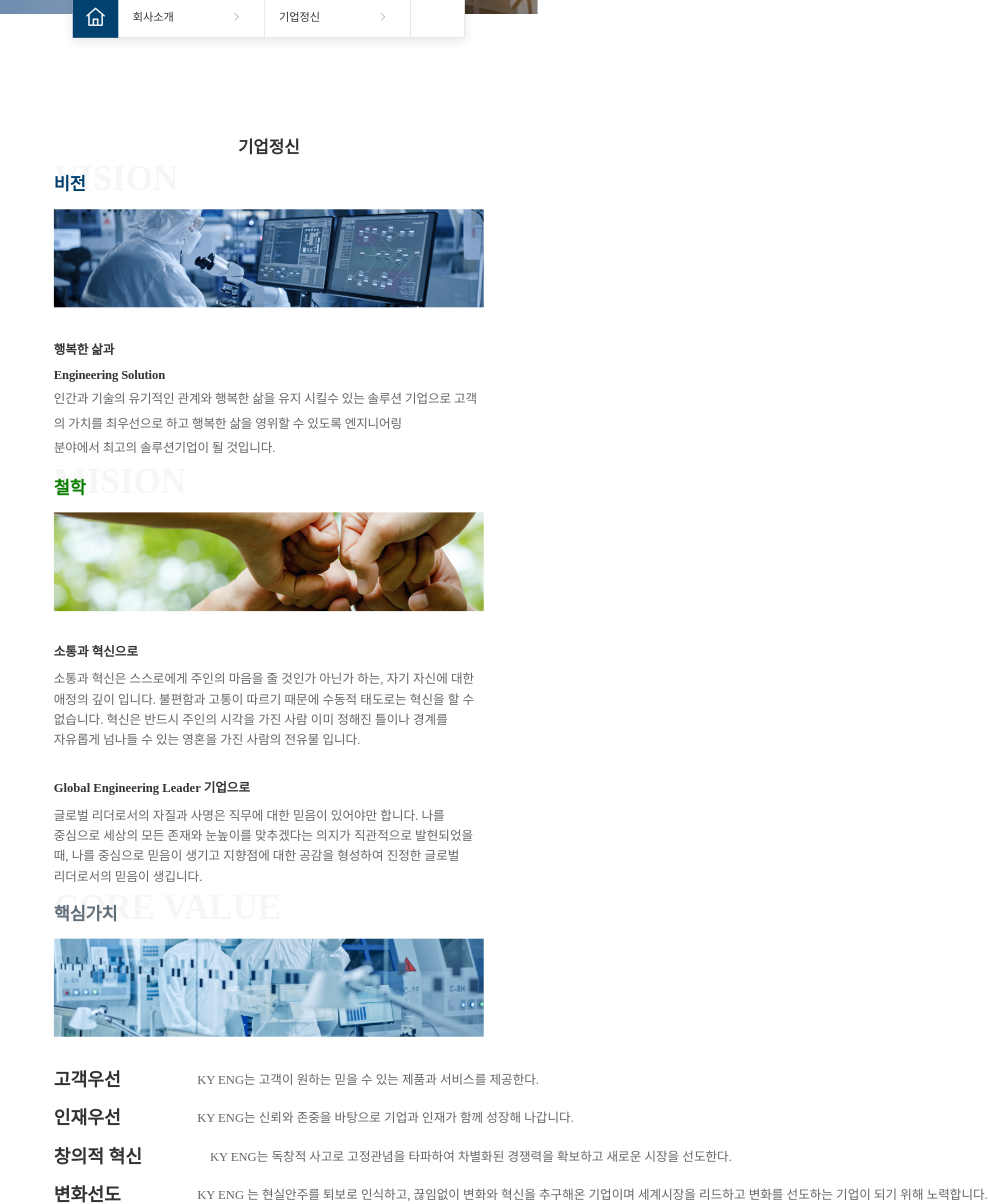
Repository: wogml3270/kumyoungENG
Page: sub/about/about_company.html
These files come from the project's save history. The page is drawn as it stood at one moment and after the next save; the edit follows.
The browser window is 768 px wide. The page is 1411 px wide, so the pictures cover 1411 px, including what lies to the right of the window. The pictures show the part of the page from y = 480 to 2200 px (the page is 2605 px tall before and 2965 px after), at 70% of full size.
Some web fonts or font styles are not loaded; a fallback is used.

Above is the page before, as saved 2022-07-25 13:08:48.

### sub/about/about_company.html
<!DOCTYPE html>
<html lang="ko">
    <head>
        <meta charset="UTF-8" />
        <meta http-equiv="X-UA-Compatible" content="ie=edge" />
        <meta name="viewport" content="width=device-width, initial-scale=1.0" />
        <link rel="stylesheet" href="./../css/reset.css" />
        <link rel="stylesheet" href="./../css/about_company.css" />
        <link rel="stylesheet" href="./../css/about_banner.css">
        <link rel="stylesheet" href="./../css/snb_bar.css">
        <link rel="stylesheet" href="../../css/header.css">
        <link rel="stylesheet" href="../../css/footer.css">
        <link rel="stylesheet" href="/css/media.css">
        <script src="https://ajax.googleapis.com/ajax/libs/jquery/3.5.1/jquery.min.js"></script>
        <script src="http://ajax.aspnetcdn.com/ajax/jQuery/jquery-1.12.4.min.js"></script>
        <script src="https://code.jquery.com/jquery-1.12.4.min.js"></script>
        <script src="../../js/script.js"></script>
        <script src="../../js/snb_bar.js"></script>
        <title>회사소개_기업정신</title>
    </head>
    <body>
        <div id="header"></div>
        <div id="wrap">
            <div class="about-banner">
                <p>KUM YOUNG ENG</p>
                <span></span>
                <h3>회사소개</h3>
                <!-- <img src="./../images/company-banner-image.png" alt="배너 이미지"> -->
            </div>

            <div class="snb">
                <a href="./../index.html">homeimg</a>

                    <ul class="snb_box">
                        <li><a href="">회사소개<img src="./../images/Vector 1.png" alt=""></a></li>
                        <li>
                            <a href="/sub/about/about_company.html">기업정신<img src="./../images/Vector 1.png" alt=""></a>
                            <ol class="lnb">
                                <li><a href="/sub/about/about_greeting.html">인사말</a></li>
                                <!-- <li><a href="/sub/about/about_company.html">기업정신</a></li> -->
                                <li><a href="/sub/about/about_management.html">경영이념</a></li>
                                <li><a href="">ESG경영</a></li>
                                <li><a href="/sub/about/about_history.html">연혁</a></li>
                                <li><a href="/sub/about/about_org.html">조직도</a></li>
                                <li><a href="/sub/about/about_branch.html">지사/해외법인</a></li>
                                <li><a href="/sub/about/about_wayto.html">오시는길</a></li>
                            </ol>
                        </li>
                    </ul>
              </div>

            <section id="mind">
                <h2>기업정신</h2>

                <article class="vision">
                    <h3>VISION</h3>
                    <h4>비전</h4>

                    <img src="./../images/vision-image.png" alt="행복한 삶과 Engineering Solution">


                    <div class="firsttx">
                        <p>
                            행복한 삶과 <br />
                            Engineering Solution
                        </p>

                        <p>
                            인간과 기술의 유기적인 관계와 행복한 삶을 유지 시킬수 있는 솔루션 기업으로
                            고객의 가치를 최우선으로 하고 행복한 삶을 영위할 수 있도록 엔지니어링 <br />
                            분야에서 최고의 솔루션기업이 될 것입니다.
                        </p>
                    </div>
                </article>

                <article class="mission">
                    <h3>MISION</h3>
                    <h4>철학</h4>
                    <img src="./../images/mission-image.png" alt="소통과 혁신으로 Global Engineering Leader 기업으로">

                    <div class="secondtx">
                        <div>
                            <p>
                                소통과 <br />
                                혁신으로
                            </p>

                            <p>
                                소통과 혁신은 스스로에게 주인의 마음을 줄 것인가 아닌가 하는, 자기 자신에 대한 애정의 깊이 입니다.
                                불편함과 고통이 따르기 때문에 수동적 태도로는 <br />
                                혁신을 할 수 없습니다. 혁신은 반드시 주인의 시각을 가진 사람 이미 정해진 틀이나
                                경계를 자유롭게 넘나들 수 있는 영혼을 가진 사람의 전유물 입니다.
                            </p>
                        </div>

                        <div>
                            <p>
                                Global Engineering <br />
                                Leader 기업으로
                            </p>

                            <p>
                                글로벌 리더로서의 자질과 사명은 직무에 대한 믿음이 있어야만 합니다.
                                나를 중심으로 세상의 모든 존재와 눈높이를 맞추겠다는 의지가 <br />
                                직관적으로 발현되었을 때, 나를 중심으로 믿음이 생기고 지향점에 대한 공감을 형성하여
                                진정한 글로벌 리더로서의 믿음이 생깁니다.
                            </p>
                        </div>
                    </div>
                </article>

                <article class="core_value">
                    <h3>CORE VALUE</h3>
                    <h4>핵심가치</h4>

                    <img src="./../images/value-image.png" alt="핵심가치">
                    <div class="thirdtx">
                        <dl>
                            <dt>고객우선</dt>
                            <dd>KY ENG는 고객이 원하는 믿을 수 있는 제품과 서비스를 제공한다.</dd>
                        </dl>
                        <dl>
                            <dt>인재우선</dt>
                            <dd>KY ENG는 신뢰와 존중을 바탕으로 기업과 인재가 함께 성장해 나갑니다.</dd>
                        </dl>
                        <dl>
                            <dt>창의적 혁신</dt>
                            <dd>KY ENG는 독창적 사고로 고정관념을 타파하여 차별화된 경쟁력을 확보하고 새로운 시장을 선도한다.</dd>
                        </dl>
                        <dl>
                            <dt>변화선도</dt>
                            <dd>KY ENG 는 현실안주를 퇴보로 인식하고, 끊임없이 변화와 혁신을 추구해온 기업이며 세계시장을 리드하고 변화를 선도하는 기업이 되기 위해 노력합니다.</dd>
                        </dl>
                    </div>

                </article>
            </section>
        </div>
        <div id="footer"></div>
    </body>
</html>

### sub/css/reset.css
@charset "UTF-8";

* {
    margin: 0;
    padding: 0;
  }

  body,
  html {
    width: 100%;
    height: 100%;
    font-family: "Pretendard";
  }

  ul,
  li {
    list-style: none;
    text-decoration: none;
  }

  a:link,
  a:visited,
  a:hover,
  a:active {
    color: #fff;
    text-decoration: none;
  }

### sub/css/about_company.css
@charset "utf-8";

@import url("https://cdn.jsdelivr.net/gh/orioncactus/pretendard@v1.3.4/dist/web/static/pretendard.css");

#wrap > img {
  width: 100%;
  height: auto;
}

#mind {
  width: 100%;
  padding-top: 110px;
}

#mind > h2 {
  color: #333;
  font-size: 24px;
  font-weight: 600;
  text-align: center;
}

article {
  width: 72.916%;
  margin-left: 13.5416%;
  margin-top: 120px;
}

article > h3 {
  color: #f6f6f6;
  font-size: 80px;
  font-weight: 800;
}

article > h4 {
  font-size: 36px;
  font-weight: 600;
  letter-spacing: -0.01em;
  position: relative;
  top: -40px;
}

article > img {
  width: 100%;
  margin-top: -20px;
}

article > div > p {
  /* word-break: keep-all; */
}

.vision > h4 {
  color: #004170;
}

.firsttx {
  display: flex;
  flex-flow: row nowrap;
  justify-content: space-between;
  margin-top: 40px;
}
.firsttx > p {
  line-height: 35px;
  letter-spacing: -0.01em;
}
.firsttx > p:nth-child(1) {
  color: #333;
  font-size: 26px;
  font-weight: 600;
  margin-right: 10px;
}
.firsttx > p:nth-child(2) {
  color: #666;
  font-weight: 400;
  font-size: 18px;
}

.mission > h4 {
  color: #0B7E00;
}
.secondtx > div {
  display: flex;
  flex-flow: row nowrap;
  justify-content: flex-start;
  margin-top: 40px;
  line-height: 35px;
}

.secondtx > div > p {
  word-break: keep-all;
  /* width: 223px; */
}

.secondtx > div:nth-child(1) > p:nth-child(1){
  /* width: 90px; */
  margin-right: 249px;
}
.secondtx > div:nth-child(2) > p:nth-child(1){
  /* width: 90px; */
  margin-right: 116px;
}


.secondtx > div:nth-child(1) > p:nth-child(2) {
  /* margin-left: 17.785%; */
  /* margin-left: 12.96875%; */
}
.secondtx > div:nth-child(2) > p:nth-child(2) {
  /* margin-left: 8.286%; */
  /* margin-left: 6.0416%; */
}
.secondtx > div > p:nth-child(1){
  color: #333;
  font-size: 26px;
  font-weight: 600;
}
.secondtx > div > p:nth-child(2){
  color: #666;
  font-size: 18px;
  font-weight: 400;
}

.core_value > h4 {
  color: #606E79;
}

.thirdtx {
  margin-top: 40px;
}

.thirdtx > dl {
  display: flex;
  flex-flow: row nowrap;
  justify-content: flex-start;
  margin-bottom: 20px;
}

.thirdtx > dl:last-child {
  margin-bottom: initial;
}

.thirdtx > dl > dt {
  color: #333;
  font-size: 26px;
  font-weight: 600;
  line-height: 35px;
  white-space: nowrap;
}

.thirdtx > dl > dd {
  color: #666;
  font-size: 18px;
  font-weight: 400;
  line-height: 35px;
  margin-left: 17.7857%;
  white-space: nowrap;
}

.thirdtx > dl:nth-child(3) > dd {
  margin-left: 15.7857%;
}

@media screen and (max-width: 899px){
  #mind p{
    font-size: 18px;
  }
  article{
    width: 80%;
    margin: auto;
  }

  article > h3 {
    font-size: 50px;
  }

  article > h4 {
    font-size: 25px;
  }
  .firsttx{
      display: block;
  }
  .firsttx > p:nth-child(1) {
    font-size: 20px;
  }

  .firsttx > p:nth-child(2) {
    font-size: 16px;
  }

  .secondtx > div {
    display: block;
    line-height: 29px;
  }
  .secondtx > div:nth-child(1) > p:nth-child(1){
    margin-right: 0;
    margin-bottom: 10px;
  }

  .secondtx > div:nth-child(2){
    display: block;
  }

  .secondtx > div > p > br {
    display: none;
  }
  .secondtx > div > p:nth-child(1){
    font-size: 20px;
    margin-right: 0;
  }

  .secondtx > div:nth-child(2) > p:nth-child(1) {
    margin-bottom: 10px;
  }

  .secondtx > div > p:nth-child(2){
    word-break: keep-all;
    font-size: 16px;
  }
  .core_value{

  }

}

### sub/css/about_banner.css
@charset "UTF-8";

.about-banner{
    width: 100%;
    height: 500px;
    background: url(../../images/company-banner-image.png) no-repeat center center;
    background-size: cover;
    display: flex;
    flex-direction: column;
    align-items: center;
    justify-content: center;
  }
  .about-banner p{
    font-family: 'Pretendard';
    font-style: normal;
    font-weight: 400;
    font-size: 16px;
    line-height: 20px;
    text-align: center;
    letter-spacing: -0.01em;
    color: #FFFFFF;
  }
  .about-banner span{
    width: 40px;
    height: 1px;
    background: #FFFFFF;
    margin: 16px 0;
  }
  .about-banner h3{
    font-family: 'Pretendard';
    font-style: normal;
    font-weight: 700;
    font-size: 24px;
    line-height: 24px;
    text-align: center;
    letter-spacing: -0.01em;
    color: #FFFFFF;
  }

### sub/css/snb_bar.css
@charset "utf-8";

ul,li {
    list-style: none;
    text-decoration: none;
}

a:link,
a:visited,
a:hover,
a:active {
    color: #fff;
    text-decoration: none;
}

.snb {
    position: relative;
    top: -26px;
    width: 72.916%;
    height: 60px;
    margin: 0 auto;
    background-color: #fff;
    border: 1px solid #ddd;
    box-sizing: border-box;
    box-shadow: 0px 4px 15px rgba(0, 0, 0, 0.1);
    z-index: 1;
}

.snb > a {
    position: absolute;
    top: -1px;
    left: -1px;
    display: block;
    width: 65px;
    height: 60px;
    text-indent: -9999px;
    background-color: #004170;
    background-image: url(./../images/Group.png);
    background-position: center center;
    background-repeat: no-repeat;
}

.snb > a {
    display: block;
    width: 65px;
    height: 60px;
}

.snb_box {
    display: flex;
    flex-flow: row nowrap;
    /* margin-left: 20.5px; */
    margin-left: 64px;
    margin-top: 0;

}

.snb_box > li {
    position: relative;
    text-indent: 20.5px;
    /* text-indent: 30%; */
    width: 209px;
    height: 60px;
    line-height: 60px;
    border-right: 1px solid #ddd;
    box-sizing: border-box;
}

.snb_box > li > a {
    display: block;
    height: 60px;
    color: #333;
}

.snb_box > li > a > img {
    position: absolute;
    top: 22.5px;
    left: 80%;

}

.snb_box > li:last-child > a:hover > img {
    transform: rotate(90deg);
    transition: 0.3s;
}

.lnb {
    display: none;
    position: absolute;
    width: 100%;
    padding: 0;
    border: 1px solid #DDDDDD;
    border-top: none;
    background-color: #fff;
}

.lnb > li > a {
    color: #333;
    display: block;
}

.lnb > li > a:hover {
    background-color: #F5F5F5;
}

### css/footer.css
@charset "utf-8";

@import url("https://cdn.jsdelivr.net/gh/orioncactus/pretendard@v1.3.4/dist/web/static/pretendard.css");

body {
    margin: 0 auto;
    padding: 0;
}

footer {
    position: relative;
    width: 100%;
    height: 132px;
    font-family: 'Pretendard';
    font-size: 14px;
    font-weight: 400;
    background-color: #122B42;
    display: flex;
    align-items: center;
    justify-content: space-between;
    margin-top: 150px;
}

footer > address {
    color: #CECED5;
    line-height: 30px;
    font-style: normal;
    letter-spacing: -0.01em;
    margin-left: 13.663%;
}

footer > .footer-right{
    display: flex;
    flex-direction: column;
    align-items: flex-end;
    margin-right: 13.663%;
}
footer > .footer-right .logo {
    margin-bottom: 16px;
    display: block;
}

footer > .footer-right span {
    color: #CECED5;
}

### css/media.css
@charset "utf-8";

@media only screen and (min-width: 899px){
    .header_gnb_mobile{
        position: absolute;
        top: -9999px;
    }
}
    /* 모바일 가로, 타블렛 세로 */
@media only screen and (max-width: 899px) {

    /* header */
    .header{
        height: 120px;
        flex-direction: column;
    }
    .header > a{
        margin: 27px 10px 0 10px;
        z-index: 9999;
    }
    .header > a > img{
        width: 120px;
    }
    .header_gnb{
        display: none;
    }
    .header > .right{
        margin-right: 0;
        width: 100%;
    }
    .header > .right > .lang{
        position: absolute;
        top: 30px;
        left: 20px;
    }
    .header > .right > .lang > a{
        font-size: 11px;
    }
    .header_gnb_mobile{
        padding-top: 80px;
        width: 100%;
        background: #ffffff;
        position: absolute;
        top: 0;
    }
    .header_gnb_mobile > li{
        padding: 15px 20px;
        cursor: pointer;
        border-bottom: 1px solid #cccccc;
        position: relative;
    }
    .header_gnb_mobile > li::before{
        content: ">";
        position: absolute;
        right: 25px;
        font-family: 'Pretendard';
        font-style: normal;
        font-weight: 400;
        font-size: 20px;
        color: #9c9c9c;
        transform: rotate(90deg);
        transition: 0.3s;
    }
    .header_gnb_mobile > li > a{
        color: #333333;
        font-family: 'Pretendard';
        font-style: normal;
        font-weight: 400;
    }
    .header_gnb_mobile_toggle{
        display: block;
        z-index: 9999;
    }
    .header_gnb_mobile > li > ul > li{
        margin-left: 20px;
        margin-top: 5px;
    }
    .header_gnb_mobile > li > ul > li > a{
        position: relative;
        font-family: 'Pretendard';
        font-style: normal;
        font-weight: 400;
        font-size: 13px;
        line-height: 18px;
        letter-spacing: -0.01em;
        color: #5B5D7E;
    }
    .header_gnb_mobile > li > ul > li > a::before{
        content: "";
        background: #333333;
        width: 3px;
        height: 3px;
        border-radius: 50%;
        position: absolute;
        left: -11px;
        top: 6px;
    }

    /* main */
    .main_slide > ul > li{
        padding: 0;
        width: 25%;
        text-align: center;
    }
    .tab_menu{
        width: 100%;
    }
    .tab_menu .active::after{
        content: "";
        position: absolute;
        width: 95%;
        height: 63px;
        background: none;
        border: 3px solid #0b7e00;
        left: 10px;
        bottom: 0;
    }
    .tab_menu > .list{
        text-align: center;
        align-items: center;
        justify-content: center;
        flex-direction: column;
    }
    .tab_menu > .list > li{
        width: 100%;
        margin-right: 0;
        padding: 20px 0;
    }
    .tab_menu > .list > li.active{
        font-weight: 900;
    }
    .content01_area{
        height: 1078px;
    }
    .content01_box{
        flex-direction: column;
    }
    .content01_img{
        margin-right: 0;
        text-align: center;
    }
    .content01_img img{
        margin-right: 0;
    }
    .content01_img2 img{
        width: 90%;
    }
    .content01_caption{
        margin: 10px 0;
        width: 80%;
    }
    .content02{
        height: auto;
    }
    .content02 > h2{
        width: 100%;
        text-align: center;
    }
    .content02_box{
        flex-direction: column;
        justify-content: center;
        align-items: center;
        margin: 100px auto;
        gap: 60px;
        width: 90%;
    }
    .content02_box img{
        width: 100%;
    }
    .content02_txt_box{
        top: 172px;
        width: 90%;
        left: 20px;
    }

    .content03_box{
        width: 100%;
    }
    .content03_box_title{
        width: 80%;
    }
    .content03_box_sub{
        width: 80%;
    }

    /* footer */
    footer{
        flex-direction: column;
        justify-content: space-around;
        height: 250px;
    }
    footer > address{
        margin-left: 0;
        text-align: center;
        font-size: 16px;
        width: 80%;
    }
    footer > .footer-right{
        flex-direction: column;
        align-items: center;
        margin: 0 15px;
    }
}

### sub/about/footer.html
<footer>
    <address>
        금영이엔지 | 대전광역시 유성구 엑스포로 385, 본관동 1층,3층 (문지동) <br />
        Tel 042&ndash;824&ndash;5538 | Fax 042&ndash;824&ndash;5539 <br />
        사업자등록번호 314&ndash;81&ndash;92242
    </address>

    <div class="footer-right">
        <a href="#" class="logo">
            <img src="/images/logo-footer.svg" alt="">
        </a>
        <span>Copyright &copy; 2015 KUM YOUNG. All Rights Reserved.</span>
    </div>

</footer>

Loaded but not shown: js/script.js (36 lines, source omitted); js/snb_bar.js (14 lines, source omitted); sub/about/header.html (358 lines, source omitted); css/header.css (302 lines, source omitted)

After the next save:
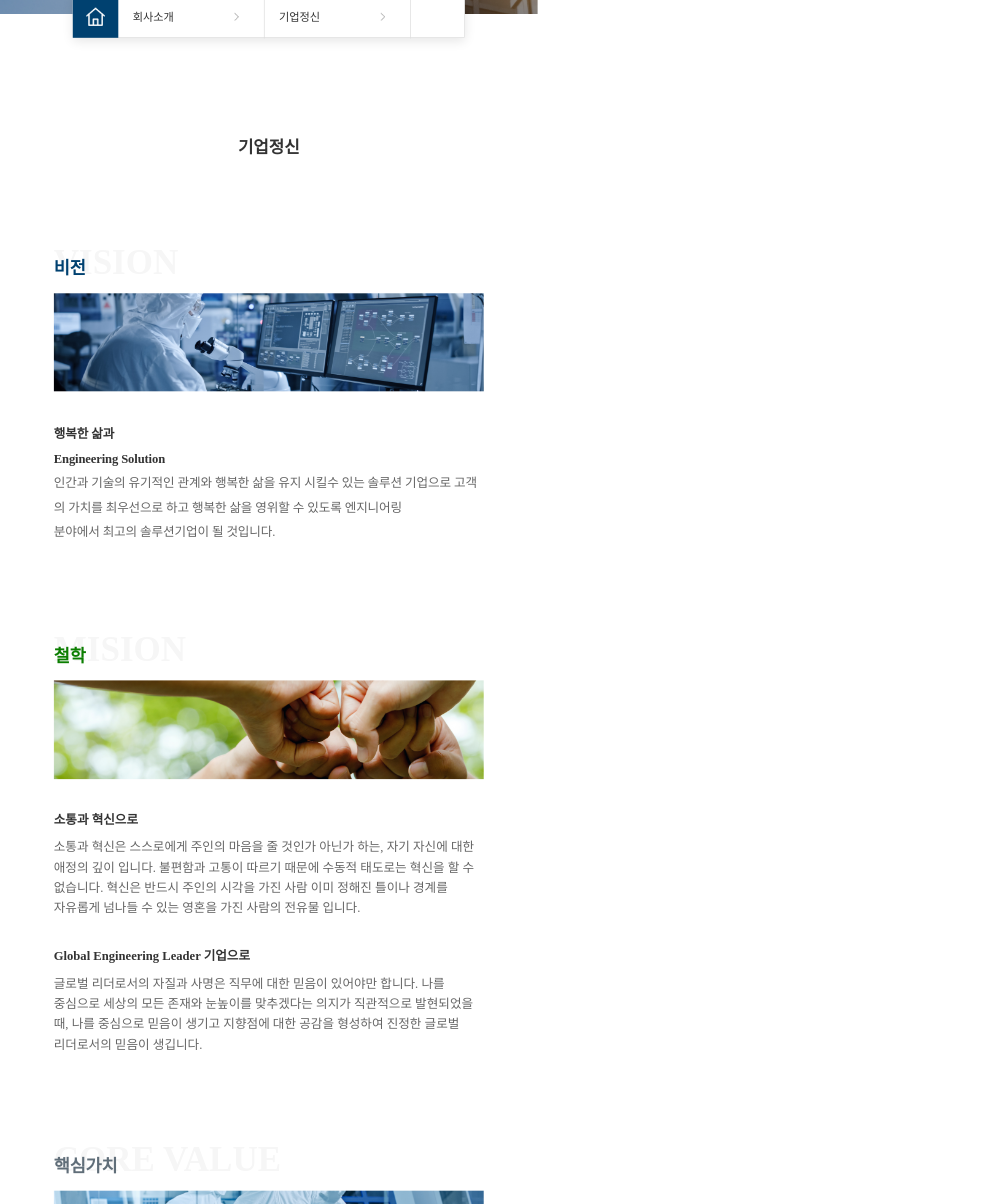
Saved 35 s later.
--- a/sub/css/about_company.css
+++ b/sub/css/about_company.css
@@ -165,7 +165,7 @@
   }
   article{
     width: 80%;
-    margin: auto;
+    margin: 120px auto;
   }
 
   article > h3 {
